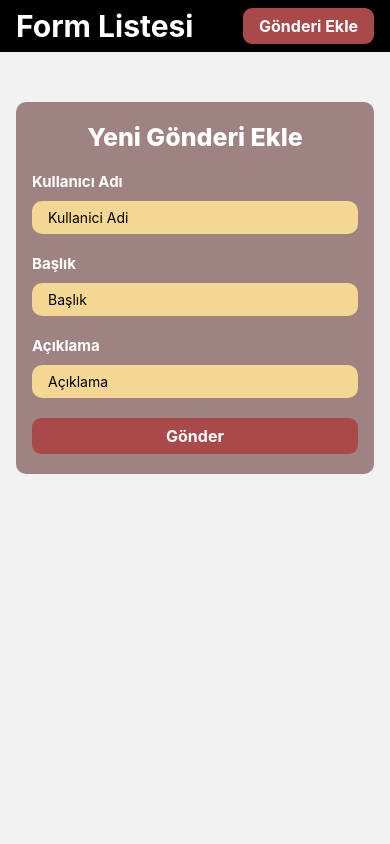
Repository: Kubraaygun/FirebaseRN
Screen: /
The author's editor kept a copy of each file at every save. The screen is drawn from the files as they stood at one save, then again after the next save.
The app was drawn by React Native's web renderer in a window 390 px wide. The project was rebuilt for these pictures with package versions that can differ from the ones it lists, and the page was loaded fresh each time. Also part of the build but not shown: src/screens/ListPost/ListPostView.jsx, src/screens/ListPost/ListPostController.jsx.

Above is the screen before, as saved 2025-01-20 20:54:22.

### App.js
import {SafeAreaView, StyleSheet, Text, View} from 'react-native';
import React, {useState} from 'react';
import {createNativeStackNavigator} from '@react-navigation/native-stack';
import {NavigationContainer} from '@react-navigation/native';
import ListPostController from './src/screens/ListPost/ListPostController';
import AddPostController from './src/screens/AddPost/AddPostController';
import AppBar from './src/screens/component/AppBar';

const App = () => {
  const [activePage, setActivePage] = useState('Gönderiler');
  const Stack = createNativeStackNavigator();
  return (
    <SafeAreaView style={{flex: 1}}>
      <NavigationContainer>
        <AppBar activePage={activePage} setActivePage={setActivePage} />
        <Stack.Navigator
          screenOptions={{headerShown: false}}
          initialRouteName="AddPost">
          <Stack.Screen name="ListPost" component={ListPostController} />
          <Stack.Screen name="AddPost" component={AddPostController} />
        </Stack.Navigator>
      </NavigationContainer>
    </SafeAreaView>
  );
};

export default App;

const styles = StyleSheet.create({});

### src/screens/AddPost/AddPostController.jsx
import {StyleSheet, Text, View} from 'react-native';
import React from 'react';
import AddPostView from './AddPostView';

const AddPostController = () => {
  return <AddPostView />;
};

export default AddPostController;

const styles = StyleSheet.create({});

### src/screens/component/AppBar.jsx
import {StyleSheet, Text, View} from 'react-native';
import React from 'react';
import CustomButton from './CustomButton';
import {useNavigation} from '@react-navigation/native';

const AppBar = ({activePage, setActivePage}) => {
  const navigation = useNavigation();
  return (
    <View style={styles.container}>
      <Text style={styles.title}>Form Listesi</Text>
      {activePage === 'Gönderiler' ? (
        <CustomButton
          buttonTitle={'Gönderi Ekle'}
          onPress={() => {
            setActivePage('Gönderi Ekle');
            navigation.navigate('AddPost');
          }}
        />
      ) : (
        <CustomButton
          buttonTitle={'Gönderi Listesi'}
          onPress={() => {
            setActivePage('Gönderiler');
            navigation.navigate('ListPost');
          }}
        />
      )}
    </View>
  );
};

export default AppBar;

const styles = StyleSheet.create({
  container: {
    backgroundColor: '#000000',
    flexDirection: 'row',
    justifyContent: 'space-between',
    paddingHorizontal: 16,
    paddingVertical: 8,
    alignItems: 'center',
  },
  title: {
    color: 'white',
    fontSize: 30,
    fontWeight: '700',
  },
});

### src/screens/AddPost/AddPostView.jsx
import {StyleSheet, Text, TextInput, View} from 'react-native';
import React from 'react';
import CustomButton from '../component/CustomButton';

const AddPostView = () => {
  return (
    <View style={styles.form}>
      <Text style={styles.formTitle}>Yeni Gönderi Ekle</Text>
      <View style={styles.inputGroup}>
        <Text style={styles.label}>Kullanıcı Adı</Text>
        <TextInput
          style={styles.input}
          placeholder="Kullanici Adi"
          placeholderTextColor={'black'}
        />
      </View>

      <View style={styles.inputGroup}>
        <Text style={styles.label}>Başlık</Text>
        <TextInput
          style={styles.input}
          placeholder="Başlık"
          placeholderTextColor={'black'}
        />
      </View>

      <View style={styles.inputGroup}>
        <Text style={styles.label}>Açıklama</Text>
        <TextInput
          style={styles.input}
          placeholder="Açıklama"
          placeholderTextColor={'black'}
        />
      </View>

      <CustomButton buttonTitle={'Gönder'} />
    </View>
  );
};

export default AddPostView;

const styles = StyleSheet.create({
  form: {
    backgroundColor: '#9F8383',
    marginVertical: 50,
    marginHorizontal: 16,
    paddingHorizontal: 16,
    paddingVertical: 20,
    borderRadius: 10,
    gap: 20,
  },
  inputGroup: {
    gap: 10,
  },
  formTitle: {
    color: '#FFFFFF',
    textAlign: 'center',
    fontSize: 25,
    fontWeight: '800',
  },
  label: {
    color: '#FFFFFF',
    fontSize: 15,
    fontWeight: '700',
  },
  input: {
    backgroundColor: '#F4D793',
    paddingHorizontal: 16,
    paddingVertical: 8,
    borderRadius: 10,
  },
});

### src/screens/component/CustomButton.jsx
import {StyleSheet, Text, TouchableOpacity, View} from 'react-native';
import React from 'react';

const CustomButton = ({buttonTitle, onPress}) => {
  return (
    <TouchableOpacity onPress={onPress} style={styles.buttonContainer}>
      <Text style={styles.buttonTitle}>{buttonTitle}</Text>
    </TouchableOpacity>
  );
};

export default CustomButton;

const styles = StyleSheet.create({
  buttonContainer: {
    backgroundColor: '#A94A4A',
    paddingHorizontal: 16,
    paddingVertical: 8,
    borderRadius: 9,
    alignItems: 'center',
    justifyContent: 'center',
  },
  buttonTitle: {
    color: '#ffffff',
    fontSize: 16,
    fontWeight: '700',
  },
});

After the next save:
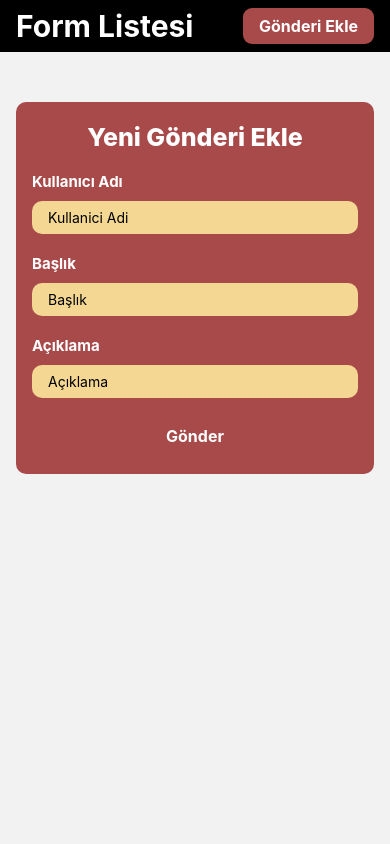
Saved 13 s later.
--- a/src/screens/AddPost/AddPostView.jsx
+++ b/src/screens/AddPost/AddPostView.jsx
@@ -42,7 +42,7 @@ export default AddPostView;
 
 const styles = StyleSheet.create({
   form: {
-    backgroundColor: '#9F8383',
+    backgroundColor: '#A94A4A',
     marginVertical: 50,
     marginHorizontal: 16,
     paddingHorizontal: 16,
